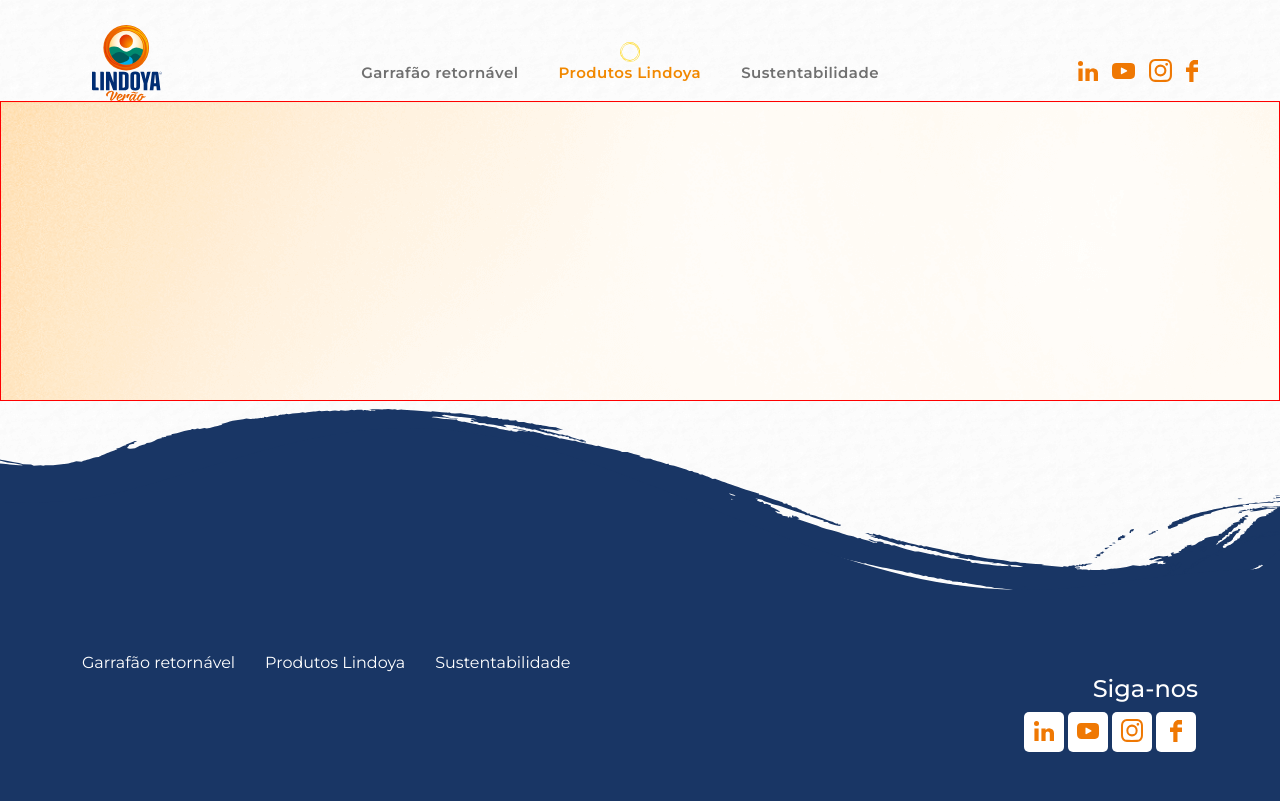
Repository: ItamarLourenco/lindoya-catalogo
Page: index.html
The author's editor kept a copy of each file at every save. The page is drawn from the files as they stood at one save, then again after a run of saves.
The browser window is 1280 px wide. The pictures show the whole page.

Above is the page before, as saved 2023-02-08 19:44:48.

### index.html
<!DOCTYPE html>
<html lang="en">
<head>
  <meta charset="UTF-8">
  <meta http-equiv="X-UA-Compatible" content="IE=edge">
  <meta name="viewport" content="width=device-width, initial-scale=1">
  <link rel="stylesheet" href="https://cdn.jsdelivr.net/npm/bootstrap@5.2.3/dist/css/bootstrap.min.css" integrity="sha384-rbsA2VBKQhggwzxH7pPCaAqO46MgnOM80zW1RWuH61DGLwZJEdK2Kadq2F9CUG65" crossorigin="anonymous">
  <script src="https://cdn.jsdelivr.net/npm/bootstrap@5.2.3/dist/js/bootstrap.min.js" integrity="sha384-cuYeSxntonz0PPNlHhBs68uyIAVpIIOZZ5JqeqvYYIcEL727kskC66kF92t6Xl2V" crossorigin="anonymous"></script>
  <script src="https://cdn.jsdelivr.net/npm/bootstrap@5.2.3/dist/js/bootstrap.bundle.min.js" integrity="sha384-kenU1KFdBIe4zVF0s0G1M5b4hcpxyD9F7jL+jjXkk+Q2h455rYXK/7HAuoJl+0I4" crossorigin="anonymous"></script>
  <link rel="stylesheet" href="https://cdnjs.cloudflare.com/ajax/libs/font-awesome/4.7.0/css/font-awesome.min.css">
  <link href="https://fonts.googleapis.com/css2?family=Montserrat:ital,wght@0,100;0,200;0,300;0,400;0,500;0,600;0,700;0,800;0,900;1,100;1,200;1,300;1,400;1,500;1,600;1,700;1,800;1,900&display=swap" rel="stylesheet">

  <link rel="stylesheet" href="./css/lindoya.css" />
  <script src="./js/lindoya.js"></script>
  <title>Lindoya Verão</title>
</head>
<body>
  <header class="container">
    <nav class="nav">
      <div class="nav__logo">
        <a href=""><img src="./assets/images/logo.svg" /></a>
      </div>
      <div class="nav__menu">
        <a href="" class="nav__menu__link">Garrafão retornável</a>
        <a href="" class="nav__menu__link nav__menu__link--selected">Produtos Lindoya</a>
        <a href="" class="nav__menu__link">Sustentabilidade</a>
      </div>
      <div class="nav__redes">
        <a target="_blank" href="https://www.linkedin.com/company/lindoyaverao/?originalSubdomain=br"><img src="./assets/images/linkedin.svg" /></a>
        <a target="_blank" href="https://www.youtube.com/channel/UCaHYIAtvMge3NKkOsTQIPzQ"><img src="./assets/images/youtube.svg" /></a>
        <a target="_blank" href="https://www.instagram.com/lindoyaverao/"><img src="./assets/images/instagran.svg" /></a>
        <a target="_blank" href="https://www.facebook.com/LindoyaVeraoOficial/"><img src="./assets/images/facebook.svg" /></a>
      </div>

      <div class="nav__mobile" id="nav__mobile">
        <img src="assets/images/menu-mobile.svg" />
      </div>
      <ul class="nav__mobile__list" id="nav__mobile__list">
        <li><a href="" class="nav__menu__link nav__menu__link--selected">Garrafão retornável</a></li>
        <li><a href="" class="nav__menu__link">Produtos Lindoya</a></li>
        <li><a href="" class="nav__menu__link">Sustentabilidade</a></li>
      </ul>
    </nav>
  </header>

  <section class="banner">

  </section>

  <footer class="footer">
    <div class="container">
      <ul class="footer__links">
        <li><a href="">Garrafão retornável</a></li>
        <li><a href="">Produtos Lindoya</a></li>
        <li><a href="">Sustentabilidade</a></li>
      </ul>
      <div class="footer__networks">
        <h4 class="footer__networks__title">Siga-nos</h4>
        <ul class="footer__networks__list">
          <li><a target="_blank" href="https://www.linkedin.com/company/lindoyaverao/?originalSubdomain=br"><img src="./assets/images/linkedin.svg" /></a></li>
          <li><a target="_blank" href="https://www.youtube.com/channel/UCaHYIAtvMge3NKkOsTQIPzQ"><img src="./assets/images/youtube.svg" /></a></li>
          <li><a target="_blank" href="https://www.instagram.com/lindoyaverao/"><img src="./assets/images/instagran.svg" /></a></li>
          <li><a target="_blank" href="https://www.facebook.com/LindoyaVeraoOficial/"><img src="./assets/images/facebook.svg" /></a></li>
        </ul>
      </div>
    </div>
  </footer>

</body>
</html>

### css/lindoya.css
*{
  margin:0;
  padding:0;
  font-family: 'Montserrat', Arial, Helvetica, sans-serif;
}
ul, ol, p{
  margin:0;
  padding:0;
}
body{
  background-image: url('../assets/images/background_top.png');
}
.nav{
  padding-top: 25px;
  display: flex;
  justify-content: space-between
}
.nav .nav__logo{
  margin-left:10px;
}
.nav__redes{
  display: flex;
  justify-content: space-between;
  width: 120px;
  align-items: center;
}
.nav__redes a{
  height: 30px;
  font-weight: bold;
  padding-top:10px;
}

.nav__menu{
  display: flex;
  align-items: center;
}
.nav__menu .nav__menu__link{
  margin-left:20px;
  margin-right: 20px;
  font-weight: bold;
  text-decoration: none;
  font-weight: 600;
  font-size: 15px;
  letter-spacing: 0.03em;
  text-align: left;
  color: #707070;
  padding-top:20px;
}
.nav__menu .nav__menu__link--selected{
  font-weight: 600;
  font-size: 15px;
  letter-spacing: 0.03em;
  color: #f18800;
  text-align: center;
  background-image: url('../assets/images/detail_link.svg');
  background-repeat: no-repeat;
  background-position: center top;
  background-size: 20px;;
}
.nav .nav__mobile{
  display: none;
}
.nav .nav__mobile__list{
  position: absolute;
  top:0;
  left:0;
  width: 100%;
  background-color: #FFF;
  margin-top:80px;
  text-align: center;
  list-style: none;
  background-image: url('../assets/images/background_top.png');
  height: 0px;
  overflow: hidden;
  transition: .5s;
}
.nav .nav__mobile__list li a{
  line-height: 80px;
  text-decoration: none;
  text-transform: uppercase;
  font-weight: bold;
  color:#f18800
}
.nav .nav__mobile__list__open{
  height: 280px;
  transition: .5s;
}
@media screen and (max-width: 1000px) {
  .nav .nav__redes{
    display: none;
  }
}
@media screen and (max-width: 800px) {
  .nav .nav__menu{
    display: none;
  }
  .nav .nav__mobile{
    display: block;
    margin-right: 20px;;
    margin-top:10px;
    cursor: pointer;
  }
}


.footer{
  background-image: url('../assets/images/rodape.svg');
  height:400px;
  padding-top:250px;
}
.footer__networks{
  text-align: right;
}
.footer__networks .footer__networks__list{
  display: flex;
  list-style: none;
  padding:0;
  justify-content: flex-end;
}
.footer__networks .footer__networks__title{
  color:#FFF;
}
.footer__networks .footer__networks__list li{
  text-align: center;
  width: 40px;
  height: 40px;
  padding:6px;
  background-color: #FFF;
  margin-left:2px;
  margin-right: 2px;;
  border-radius: 5px;;


}
.footer__networks .footer__networks__list li a{
  width: 50px;
  height: 50px;
}
.footer .footer__links{
  list-style: none;
  padding: 0;
  display: flex;
}

.footer .footer__links li a{
  color:#FFF !important;
  text-decoration:  none;
  margin-right: 30px;
}
.footer .footer__links li a:hover{
  text-decoration: underline;
}


.banner{
  border:Red solid 1px;
  background-image: url('../assets/images/hero-bg-2.png');
  height:300px;
}

### js/lindoya.js
window.onload = () => {
  var navMobile = window.document.getElementById('nav__mobile');
  var navMobileList = window.document.getElementById('nav__mobile__list');
  navMobile.addEventListener('click', () => {
    if(!navMobileList.classList.contains('nav__mobile__list__open')){
      navMobileList.classList.add('nav__mobile__list__open')
    }else{
      navMobileList.classList.remove('nav__mobile__list__open')
    }

  })
}

After the next 2 saves:
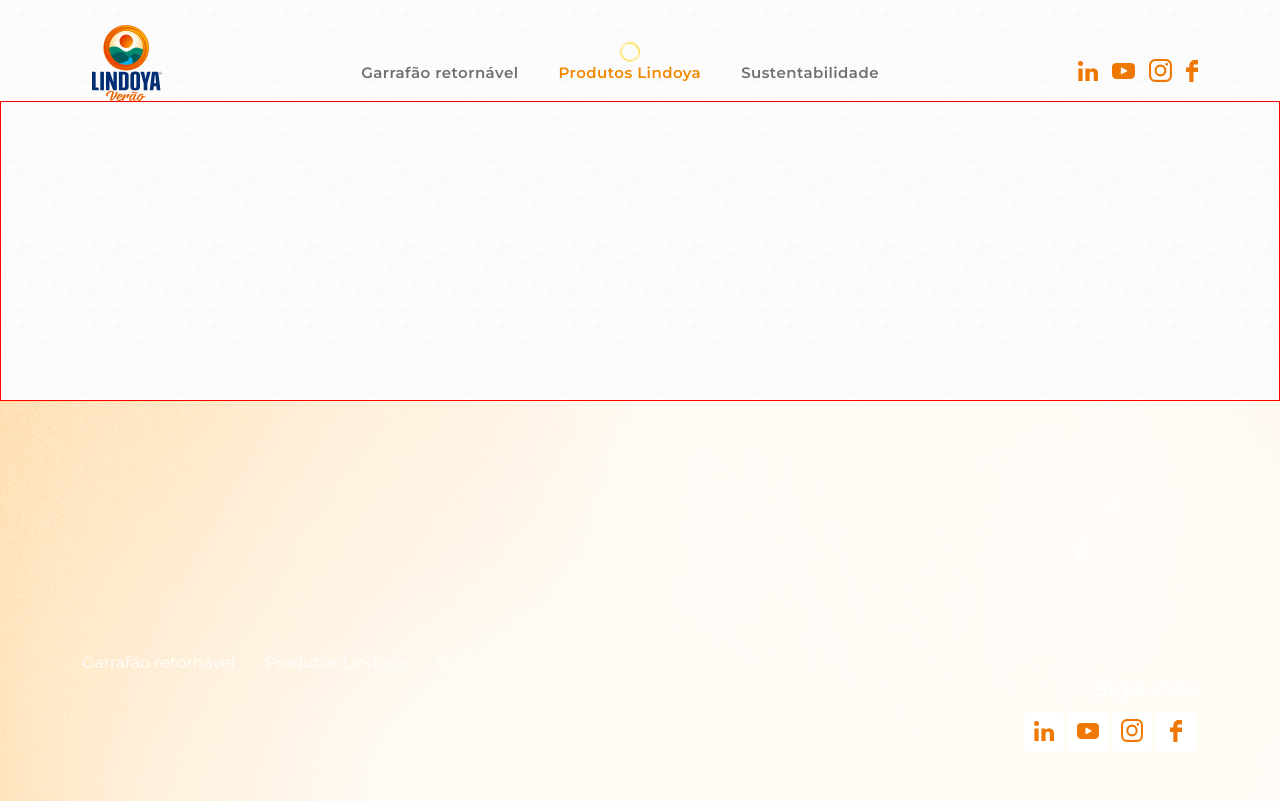
The 2 saves are shown as one change because they came seconds apart.
The last was saved 10 s later.
--- a/css/lindoya.css
+++ b/css/lindoya.css
@@ -104,7 +104,7 @@
 
 
 .footer{
-  background-image: url('../assets/images/rodape.svg');
+  background-image: url('../assets/images/hero-bg-2.png');
   height:400px;
   padding-top:250px;
 }
@@ -154,6 +154,6 @@
 
 .banner{
   border:Red solid 1px;
-  background-image: url('../assets/images/hero-bg-2.png');
+
   height:300px;
 }
